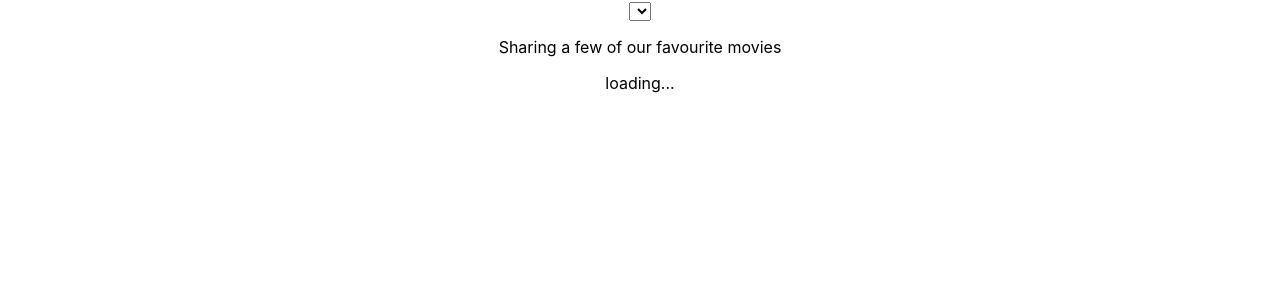
Repository: jklodge/lodge-creates
Page: / (app in plentific-search/)
The author's editor kept a copy of each file at every save. The page is drawn from the files as they stood at one save, then again after the next save.
The browser window is 1280 px wide. The pictures show the whole page.
The page's requests for data from a server got no answer. The project was rebuilt for these pictures with package versions that can differ from the ones it lists, and the page was loaded fresh each time. No one was signed in, and anything a server would have sent is missing. Also part of the build but not shown: plentific-search/src/Components/Search.js.

Above is the page before, as saved 2020-01-12 12:42:40.

After the next save:
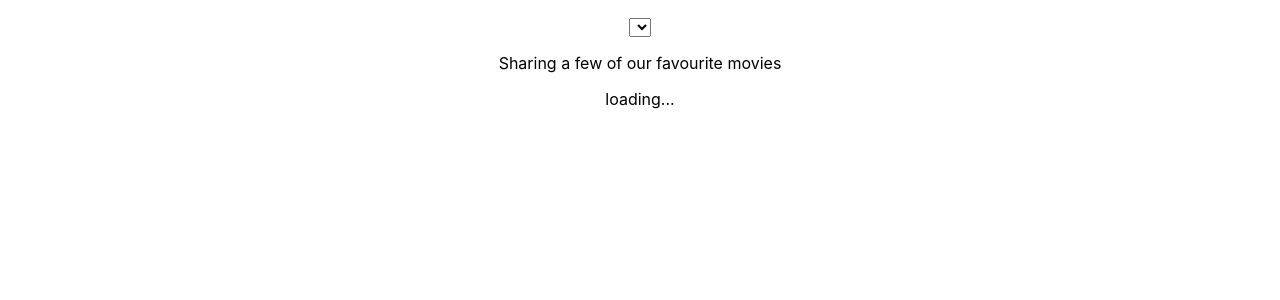
Saved 23 s later.
--- a/plentific-search/src/Components/DropDown.js
+++ b/plentific-search/src/Components/DropDown.js
@@ -45,6 +45,7 @@ export const DropDown = () => {
   const List = state.data;
   return (
     <div className="input">
+      <p>{List}</p>
       <select
         onChange={e => handleChange(e)}
         className="browser-default custom-select"
